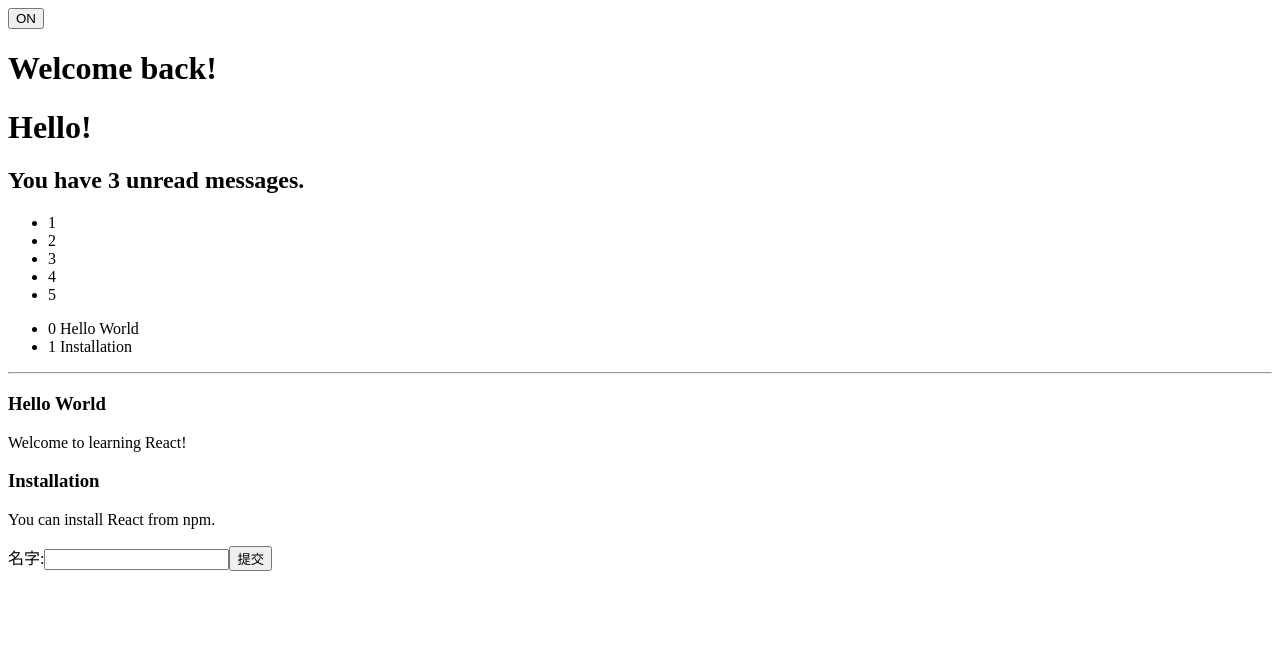
Repository: WanYouwen/react_study_code
Page: day01/01-基础/test.html
These files come from the project's save history. The page is drawn as it stood at one moment and after the next save; the edit follows.
The browser window is 1280 px wide. The pictures show the whole page.

Above is the page before, as saved 2020-08-12 09:55:58.

### day01/01-基础/test.html
<!DOCTYPE html>
<html lang="en">
  <head>
    <meta charset="UTF-8" />
    <meta name="viewport" content="width=device-width, initial-scale=1.0" />
    <title>Document</title>
  </head>
  <body>
    <div id="app"></div>
  </body>
  <script src="../../base/react.min.js"></script>
  <script src="../../base/react-dom.min.js"></script>
  <script src="../../base//browser.min.js"></script>

  <script type="text/babel">
    const messages = ['React', 'Re: React', 'Re:Re: React'];
    class Toggle extends React.Component {
      constructor(props) {
        super(props);
        this.state = { isToggleOn: true };

        // 为了在回调中使用 `this`，这个绑定是必不可少的
        // this.handleClick = this.handleClick.bind(this);
      }

      handleClick() {
        this.setState((state) => ({
          isToggleOn: !state.isToggleOn,
        }));
      }

      render() {
        return (
          <div>
            <button onClick={() => this.handleClick()}>
              {/**
            箭头函数 或者 bind()
            */}
              {this.state.isToggleOn ? 'ON' : 'OFF'}
            </button>
            {/**
           Try changing to isLoggedIn={true}:
            */}
            <Greeting isLoggedIn={this.state.isToggleOn} />
            <Mailbox unreadMessages={messages} />
            {/**  <ul>{listItems}</ul>*/}
            <NumberList numbers={numbers} />
            <Blog posts={posts} />
            <NameForm />
          </div>
        );
      }
    }
    function UserGreeting(props) {
      return <h1>Welcome back!</h1>;
    }

    function GuestGreeting(props) {
      return <h1>Please sign up.</h1>;
    }

    function Greeting(props) {
      const isLoggedIn = props.isLoggedIn;
      if (isLoggedIn) {
        return <UserGreeting />;
      }
      return <GuestGreeting />;
    }
    function Mailbox(props) {
      const unreadMessages = props.unreadMessages;
      return (
        <div>
          <h1>Hello!</h1>
          {unreadMessages.length > 0 && (
            <h2>You have {unreadMessages.length} unread messages.</h2>
          )}
        </div>
      );
    }
    const numbers = [1, 2, 3, 4, 5];
    const listItems = numbers.map((number) => <li>{number}</li>);
    function NumberList(props) {
      const numbers = props.numbers;
      const listItems = numbers.map((number) => (
        <li key={number.toString()}>{number}</li>
      ));
      return <ul>{listItems}</ul>;
    }

    function Blog(props) {
      const sidebar = (
        <ul>
          {props.posts.map((post, index) => (
            <li key={post.id}>
              {index} {post.title}
            </li>
          ))}
        </ul>
      );
      const content = props.posts.map((post) => (
        <div key={post.id}>
          <h3>{post.title}</h3>
          <p>{post.content}</p>
        </div>
      ));
      return (
        <div>
          {sidebar}
          <hr />
          {content}
        </div>
      );
    }

    const posts = [
      { id: 1, title: 'Hello World', content: 'Welcome to learning React!' },
      {
        id: 2,
        title: 'Installation',
        content: 'You can install React from npm.',
      },
    ];

    class NameForm extends React.Component {
      constructor(props) {
        super(props);
        this.state = { value: '' };

        this.handleChange = this.handleChange.bind(this);
        this.handleSubmit = this.handleSubmit.bind(this);
      }

      handleChange(event) {
        this.setState({ value: event.target.value });
      }

      handleSubmit(event) {
        alert('提交的名字: ' + this.state.value);
        event.preventDefault();
      }

      render() {
        return (
          <form onSubmit={this.handleSubmit}>
            <label>
              名字:{this.state.value}
              <input
                type="text"
                value={this.state.value}
                onChange={this.handleChange}
              />
            </label>
            <input type="submit" value="提交" />
          </form>
        );
      }
    }
    console.log(ReactDOM, 'ReactDOM');
    ReactDOM.render(<Toggle />, app);
  </script>
</html>

Loaded but not shown: base/react.min.js (library); base/react-dom.min.js (library); base/browser.min.js (library)

After the next save:
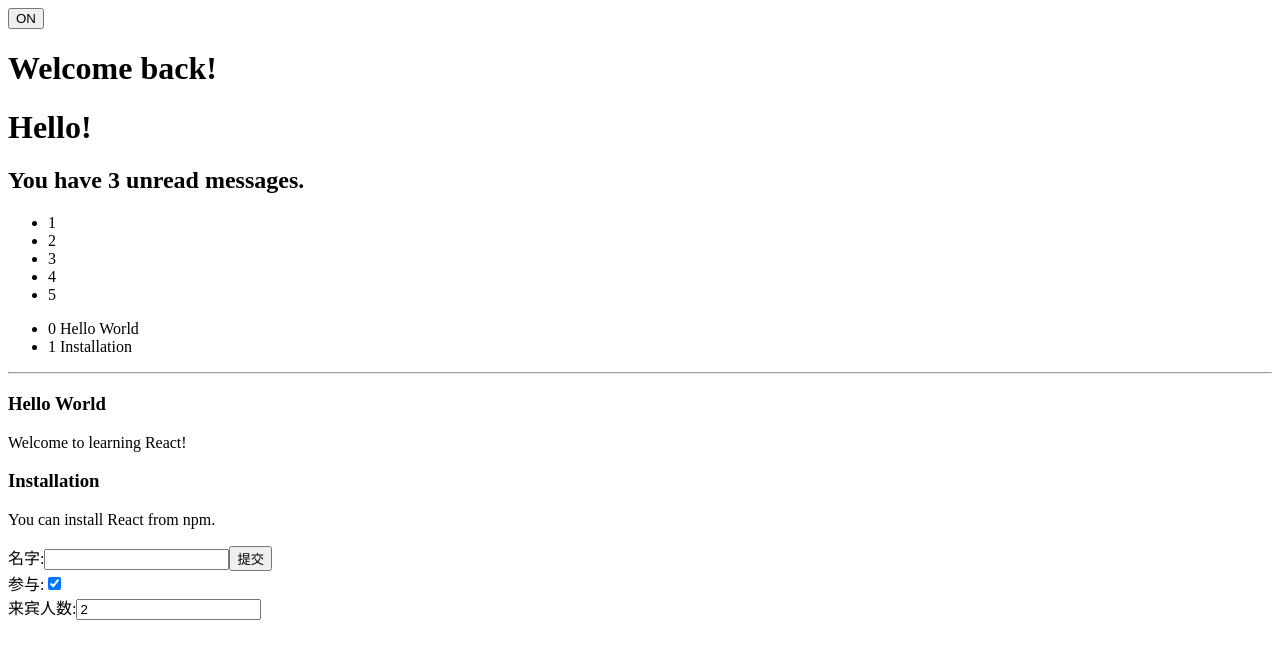
Saved 12 min 4 s later.
--- a/day01/01-基础/test.html
+++ b/day01/01-基础/test.html
@@ -47,6 +47,7 @@
             <NumberList numbers={numbers} />
             <Blog posts={posts} />
             <NameForm />
+            <Reservation />
           </div>
         );
       }
@@ -155,6 +156,53 @@
         );
       }
     }
+    class Reservation extends React.Component {
+      constructor(props) {
+        super(props);
+        this.state = {
+          isGoing: true,
+          numberOfGuests: 2,
+        };
+
+        this.handleInputChange = this.handleInputChange.bind(this);
+      }
+
+      handleInputChange(event) {
+        const target = event.target;
+        const value = target.name === 'isGoing' ? target.checked : target.value;
+        const name = target.name;
+
+        this.setState({
+          [name]: value,
+        });
+      }
+
+      render() {
+        return (
+          <form>
+            <label>
+              参与:
+              <input
+                name="isGoing"
+                type="checkbox"
+                checked={this.state.isGoing}
+                onChange={this.handleInputChange}
+              />
+            </label>
+            <br />
+            <label>
+              来宾人数:
+              <input
+                name="numberOfGuests"
+                type="number"
+                value={this.state.numberOfGuests}
+                onChange={this.handleInputChange}
+              />
+            </label>
+          </form>
+        );
+      }
+    }
     console.log(ReactDOM, 'ReactDOM');
     ReactDOM.render(<Toggle />, app);
   </script>
